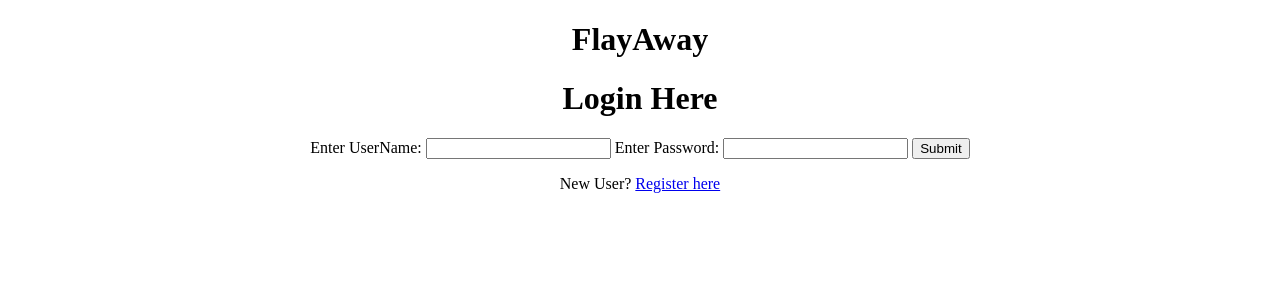
Repository: KartikMuchakandimath/Flyaway
Page: http://localhost/FlayAway/Login.jsp
These files come from the project's save history. The page is drawn as it stood at one moment and after the next save; the edit follows.
The browser window is 1280 px wide. The pictures show the whole page.
The page is served by Tomcat 9.

Above is the page before, as saved 2022-04-22 19:35:14.

After the next save:
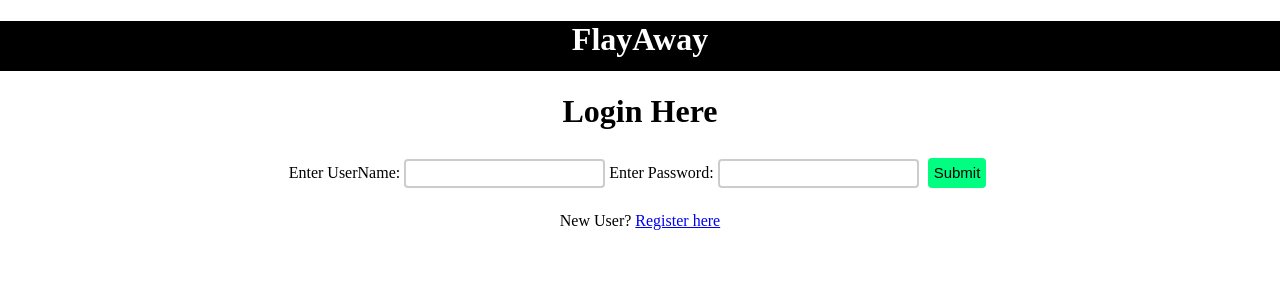
Saved 31 s later.
--- a/FlayAway/src/main/webapp/Login.jsp
+++ b/FlayAway/src/main/webapp/Login.jsp
@@ -5,6 +5,45 @@
 <head>
 <meta charset="ISO-8859-1">
 <title>Insert title here</title>
+<style>
+body{
+margin : 0;
+padding : 0;
+}
+.head{
+background-color : #000;
+color : #fff;
+height : 50px;
+}
+h1{
+font-family : "Times New Roman", Times, serif;
+}
+.login-box{
+	margin-top : 40px;
+	width : 500px;
+	border : 1px solid #ccc;
+	box-shadow : 0 8px 12px 0px rgba(0,0,0,0.3);
+	positive : absolute;
+}
+input{
+  	padding: 5px 10px;
+  	margin: 8px 0;
+  	display: inline-block;
+  	border: 2px solid #ccc;
+  	border-radius: 4px;
+  	box-sizing: border-box;
+}
+button{
+  	border-radius: 4px;
+	border:none;
+	height: 30px;
+	display : inline-block;
+	font-size : 15px;
+	background-color: rgb(0, 255, 128);
+	margin : 5px;
+}
+
+</style>
 </head>
 <body>
 <center>
